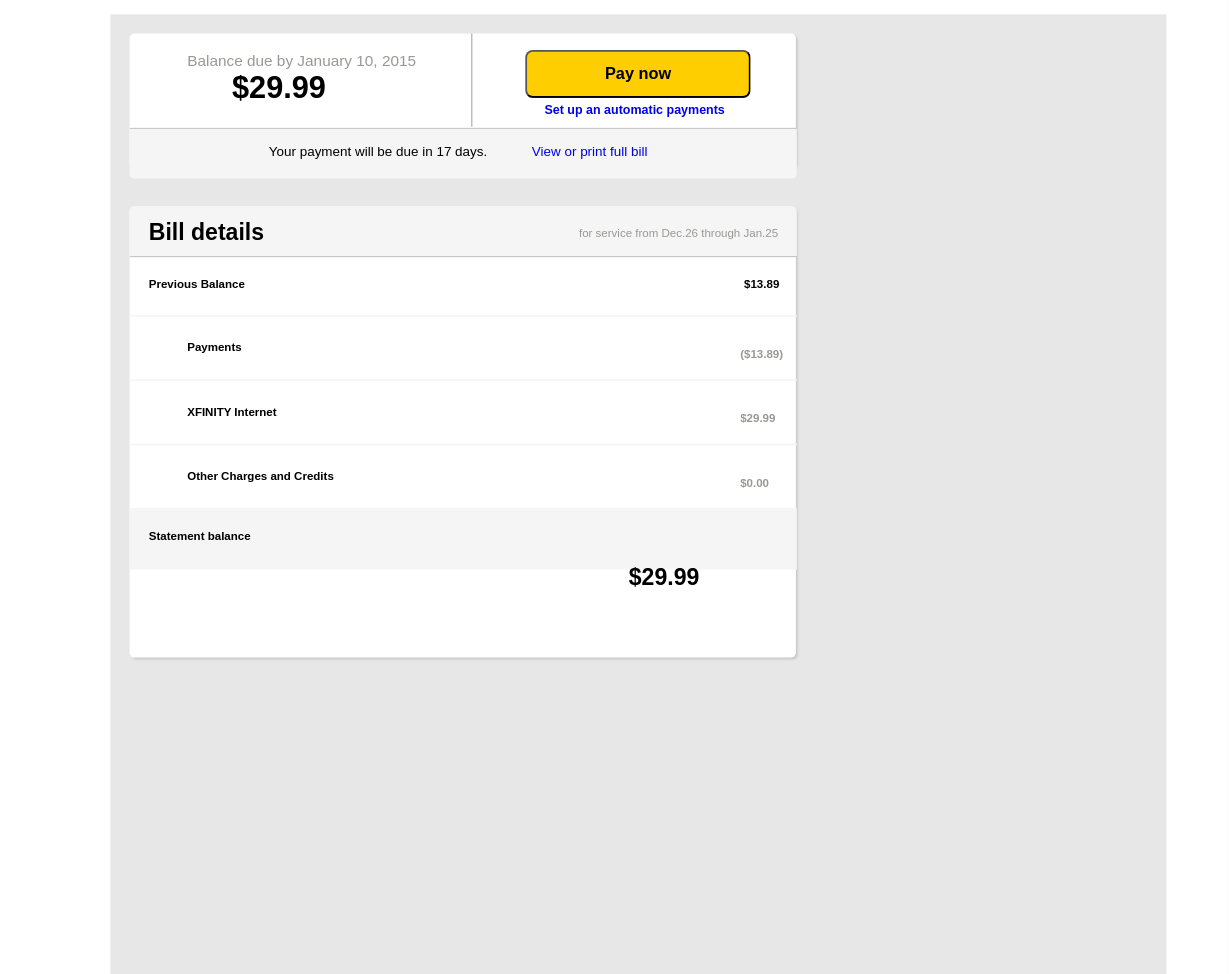
Repository: Sakivaday/UI-TSQ
Page: Aptana Studio 3 Workspace/tsq/assignment3/comcast2.html
The author's editor kept a copy of each file at every save. The page is drawn from the files as they stood at one save, then again after a run of saves.
The browser window is 1280 px wide. The pictures show the whole page, at 96% of full size.
Pictures or frames that could not be fetched are drawn as grey boxes.

Above is the page before, as saved 2015-01-21 03:00:42.

After the next 2 saves:
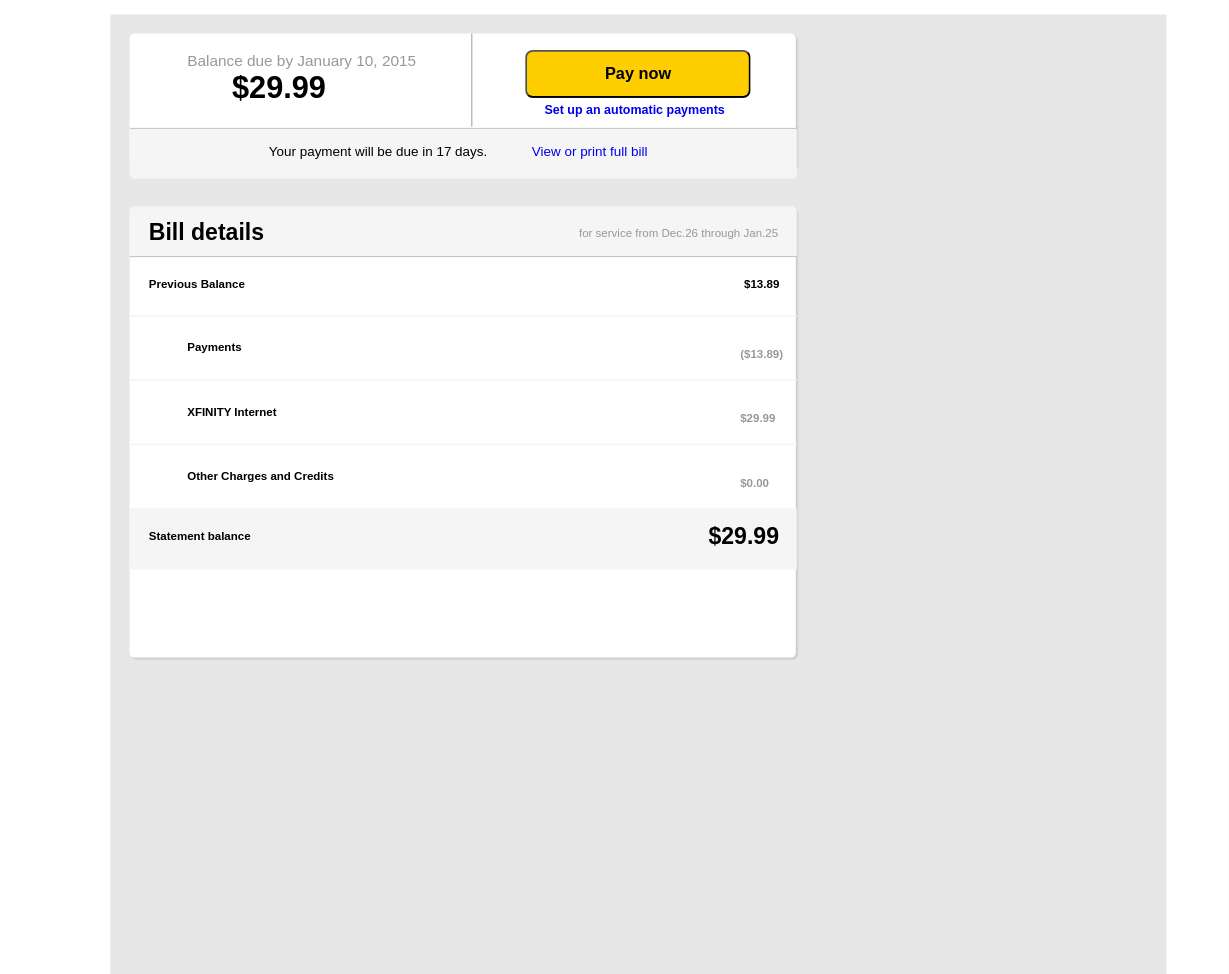
The 2 saves are shown as one change because they came seconds apart.
The last was saved 2 min 15 s later.
--- a/Aptana Studio 3 Workspace/tsq/assignment3/comcst2.css
+++ b/Aptana Studio 3 Workspace/tsq/assignment3/comcst2.css
@@ -186,7 +186,7 @@ button{
 	font-size: 12px;
 }
 #p{
-	margin-left:520px;
-	margin-top: 21px;
+	margin-left: 603px;
+	margin-top: -21px;
 	float: left;
 }
